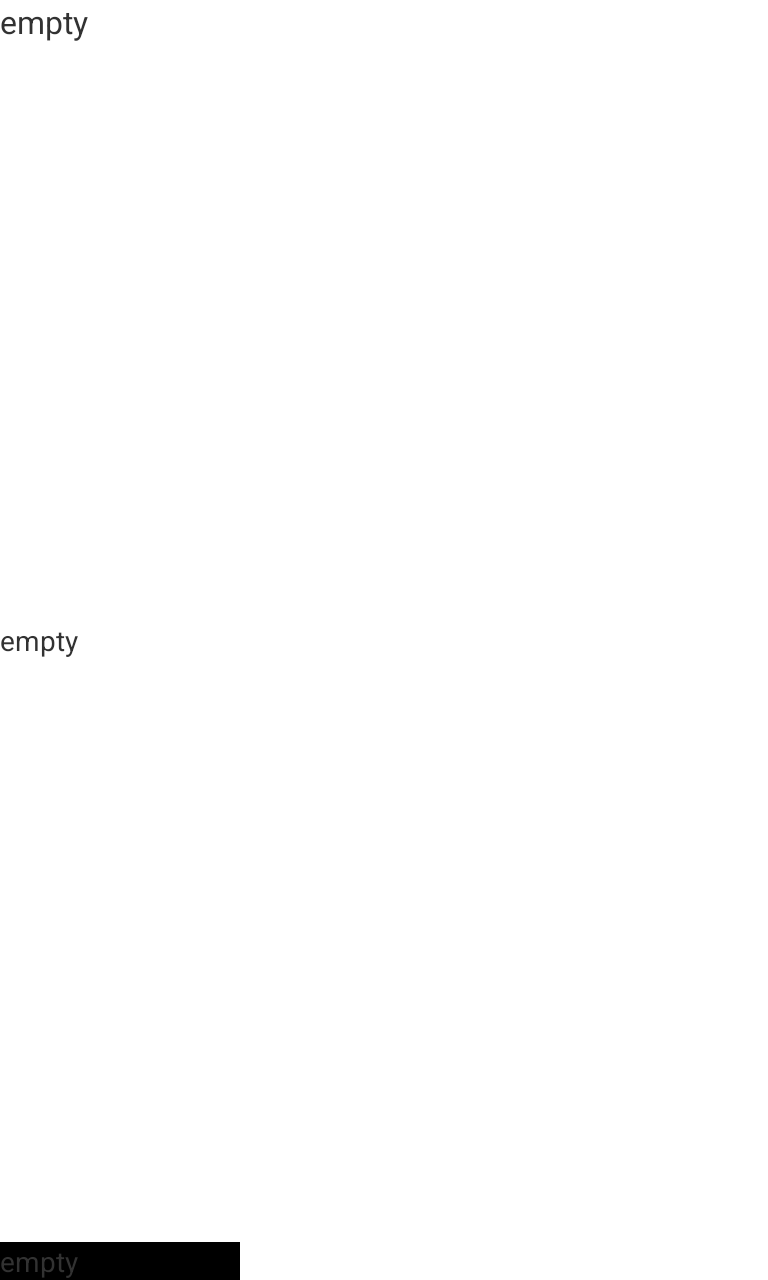
Repository: ironlulu/FloraSG
Layout: floraSG/res/layout/search_result_row.xml
These files come from the project's save history. The layout is drawn as it stood at one moment and after the next save; the edit follows.
It is drawn on a 768 x 1280 px phone screen (xhdpi) without system bars, with theme AppTheme; the app's code is not run.

Above is the layout before, as saved 2014-03-01 14:37:22.

### floraSG/res/layout/search_result_row.xml
<?xml version="1.0" encoding="utf-8"?>
<TableRow xmlns:android="http://schemas.android.com/apk/res/android"
    android:id="@+id/searchResultRow"
    android:layout_width="wrap_content"
    android:layout_height="wrap_content"


    android:layout_marginBottom="@dimen/activity_vertical_margin"
    android:layout_marginLeft="@dimen/activity_horizontal_margin"
    android:layout_marginRight="@dimen/activity_horizontal_margin"
    android:layout_marginTop="@dimen/activity_vertical_margin" >


    <LinearLayout
        android:layout_width="wrap_content"
        android:layout_height="match_parent"
        android:orientation="vertical" >

        <TextView
            android:id="@+id/sciNameTextView"
            android:layout_width="120dp"
            android:layout_height="0dp"
            android:layout_weight="1"
            android:textSize="16sp"
            android:clickable="true"
            android:text="empty"
            android:textIsSelectable="true"
            android:color="@color/black" />

        <TextView
            android:id="@+id/comNameTextView"
            android:layout_width="120dp"
            android:layout_height="0dp"
            android:layout_weight="1"
            android:clickable="true"
            android:text="empty"
            android:textIsSelectable="true"
            android:color="@color/black" />

        <TextView
            android:id="@+id/matchNumber"
            android:layout_width="120dp"
            android:layout_height="wrap_content"
            android:text="empty"
            android:background="@color/black"
            android:color="@color/white" />
    </LinearLayout>

    <HorizontalScrollView
        android:id="@+id/speciesScrollView"
        android:layout_width="wrap_content"
        android:layout_height="wrap_content">

        <LinearLayout
            android:id="@+id/speciesImageScrollView"
            android:layout_width="wrap_content"
            android:layout_height="wrap_content"
            android:dividerPadding="@dimen/search_result_species_image_margin"
            android:orientation="horizontal">
        </LinearLayout>
    </HorizontalScrollView>

</TableRow>

### floraSG/res/values/colors.xml
<?xml version="1.0" encoding="utf-8"?>
<resources>


    <!-- Default screen margins, per the Android Design guidelines. -->
    <color name="black">#000000</color>
    <color name="white">#ffffff</color>

</resources>

Loaded but not shown: floraSG/res/values/styles.xml (common file); floraSG/res/values-v11/styles.xml (common file); floraSG/res/values-v14/styles.xml (common file); floraSG/res/values/dimens.xml (common file)

After the next save:
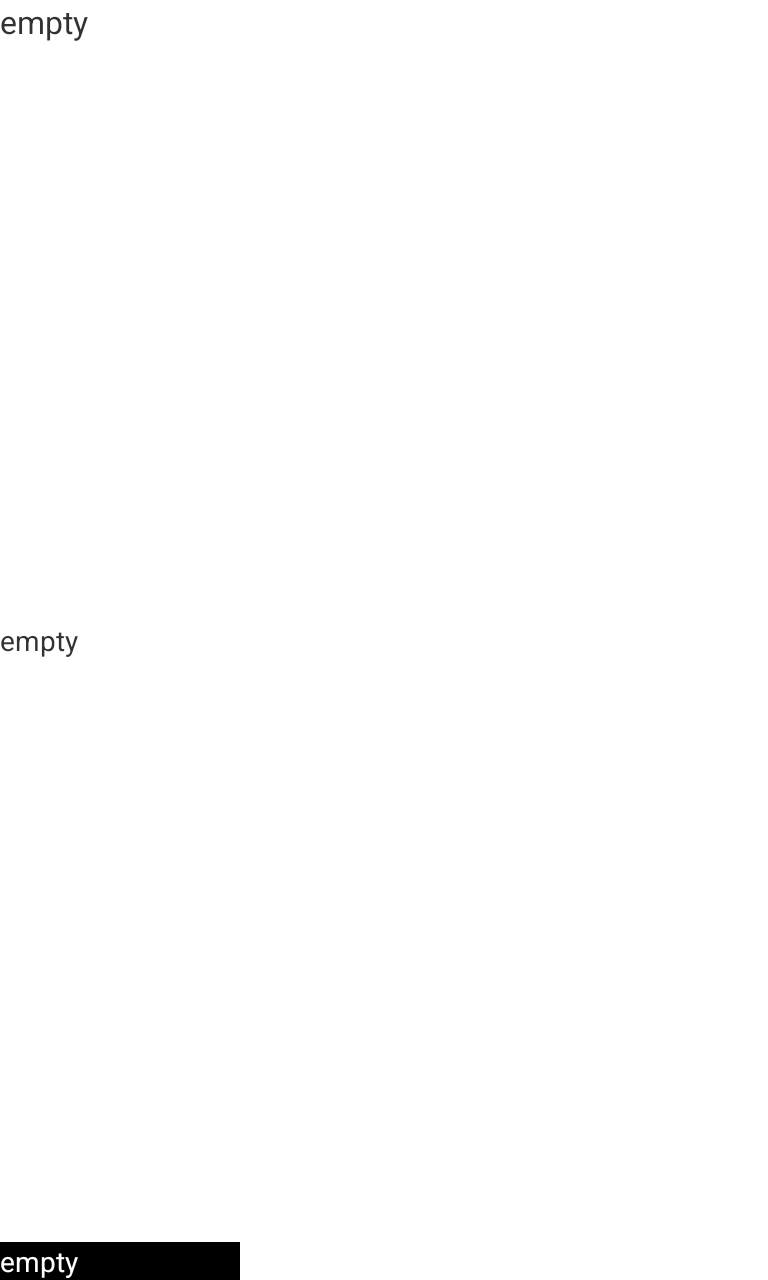
Saved 11 s later.
--- a/floraSG/res/layout/search_result_row.xml
+++ b/floraSG/res/layout/search_result_row.xml
@@ -3,13 +3,10 @@
     android:id="@+id/searchResultRow"
     android:layout_width="wrap_content"
     android:layout_height="wrap_content"
-
-
     android:layout_marginBottom="@dimen/activity_vertical_margin"
     android:layout_marginLeft="@dimen/activity_horizontal_margin"
     android:layout_marginRight="@dimen/activity_horizontal_margin"
     android:layout_marginTop="@dimen/activity_vertical_margin" >
-
 
     <LinearLayout
         android:layout_width="wrap_content"
@@ -21,10 +18,10 @@
             android:layout_width="120dp"
             android:layout_height="0dp"
             android:layout_weight="1"
-            android:textSize="16sp"
             android:clickable="true"
             android:text="empty"
             android:textIsSelectable="true"
+            android:textSize="16sp"
             android:color="@color/black" />
 
         <TextView
@@ -41,22 +38,23 @@
             android:id="@+id/matchNumber"
             android:layout_width="120dp"
             android:layout_height="wrap_content"
+            android:background="@color/black"
             android:text="empty"
-            android:background="@color/black"
-            android:color="@color/white" />
+            android:textColor="@color/white" >
+        </TextView>
     </LinearLayout>
 
     <HorizontalScrollView
         android:id="@+id/speciesScrollView"
         android:layout_width="wrap_content"
-        android:layout_height="wrap_content">
+        android:layout_height="wrap_content" >
 
         <LinearLayout
             android:id="@+id/speciesImageScrollView"
             android:layout_width="wrap_content"
             android:layout_height="wrap_content"
             android:dividerPadding="@dimen/search_result_species_image_margin"
-            android:orientation="horizontal">
+            android:orientation="horizontal" >
         </LinearLayout>
     </HorizontalScrollView>
 
